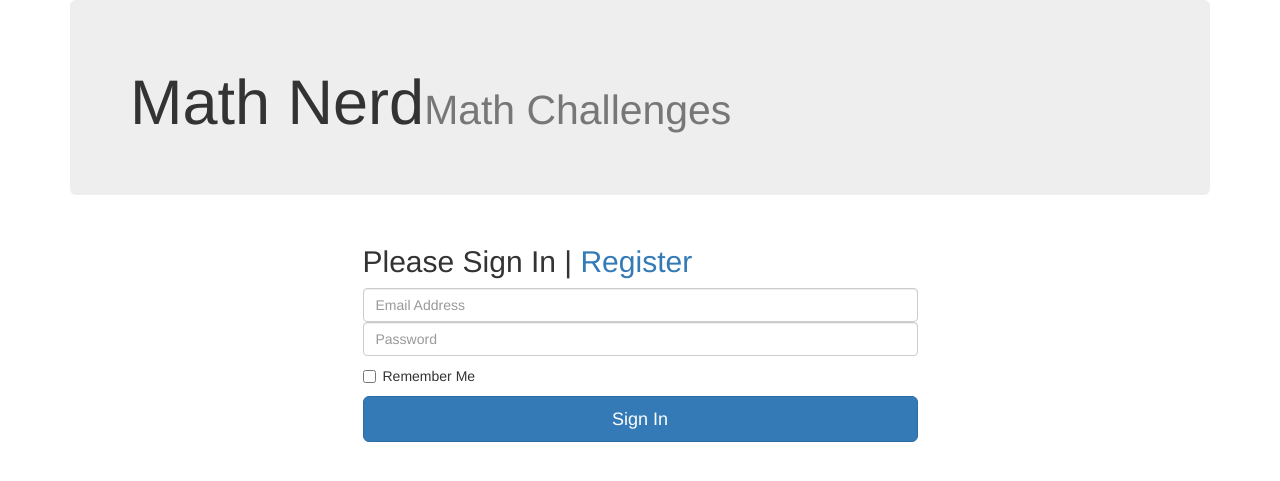
Repository: HeavyTech/acid
Page: http://localhost/MathNerd/Login
These files come from the project's save history. The page is drawn as it stood at one moment and after the next save; the edit follows.
The browser window is 1280 px wide. The pictures show the whole page.
The page is served by Tomcat 9. Other server files are loaded and not shown.

Above is the page before, as saved 2015-12-29 05:13:24.

### workspace/MathNerd/WebContent/WEB-INF/Login.jsp
<%@ page language="java" contentType="text/html; charset=ISO-8859-1" pageEncoding="ISO-8859-1"%>
<%@ taglib prefix="c" uri="http://java.sun.com/jsp/jstl/core" %>

<!DOCTYPE html PUBLIC "-//W3C//DTD HTML 4.01 Transitional//EN" "http://www.w3.org/TR/html4/loose.dtd">
<html>
<head>
	<meta http-equiv="Content-Type" content="text/html; charset=ISO-8859-1">
	<title>Login MathNerd</title>
	<link rel="stylesheet" href="https://maxcdn.bootstrapcdn.com/bootstrap/3.3.5/css/bootstrap.min.css">
</head>
<body>
	<div class="container">
		<div class="jumbotron">
			<h1>Math Nerd<small>Math Challenges</small></h1>
		</div>
		<div class="row">
			<div class="col-sm-offset-3 col-sm-6">
				<c:if test="${!empty loginError}">
					<p class="text-danger text-center" >
						Invalid Username and/or Password
					</p>
				</c:if>

				<form action="Login" class="form-signin" method="post">
					<h2 class="form-signin-heading">
						Please Sign In | <a href="http://localhost:8080/MathNerd/Register">Register</a>
					</h2>
					<label for="email" class="sr-only">Email Address</label>
					<input type="email" name="email" id="email" class="form-control" placeholder="Email Address"/>
					<label for="password" class="sr-only">Password</label>
					<input type="password" name="password" id="password" class="form-control" placeholder="Password"/>
					<div class="checkbox">
						<label><input type="checkbox" name="remember" value="yes"/>Remember Me</label>
					</div>
					<button class="btn btn-lg btn-primary btn-block" type="submit">Sign In</button>
				</form>
			</div>
		</div>
	</div>
</body>
</html>

### workspace/MathNerd/src/Login.java


import java.io.IOException;
import java.util.ArrayList;

import javax.servlet.ServletConfig;
import javax.servlet.ServletException;
import javax.servlet.annotation.WebServlet;
import javax.servlet.http.HttpServlet;
import javax.servlet.http.HttpServletRequest;
import javax.servlet.http.HttpServletResponse;
import javax.servlet.http.HttpSession;

@WebServlet("/Login")
public class Login extends HttpServlet {
	private static final long serialVersionUID = 1L;

	 public Login() {
	    	super();
	    }

	    public void init() throws ServletException {
			super.init();

			if (this.getServletContext().getAttribute("users") == null) {
				ArrayList<User> users = new ArrayList<User>();

				users.add(new User(1, "John", "Doe", "john@doe.com", "1!"));
				users.add(new User(2, "Mary", "Jane", "mary@jane.com", "2@"));

				this.getServletContext().setAttribute("users", users);
			}
		}

	protected void doGet(HttpServletRequest request, HttpServletResponse response) throws ServletException, IOException {
		HttpSession session = request.getSession();
		User currentUser = (User)session.getAttribute("CurrentUser");


		if (currentUser != null) {
			request.setAttribute("user", currentUser);

		}

		request.getRequestDispatcher("/WEB-INF/Login.jsp").forward(request, response);
	}

	protected void doPost(HttpServletRequest request, HttpServletResponse response) throws ServletException, IOException {
		doGet(request, response);
	}
}

### workspace/MathNerd/src/User.java

public class User {
	private int id;
	private String lastName;
	private String firstName;
	private String email;
	private String password;

	public User() {

	}

	public User(int id, String firstName, String lastName, String email, String password) {
		this.id = id;
		this.firstName = firstName;
		this.lastName = lastName;
		this.email = email;
		this.password = password;
	}
	public User(String firstName, String lastName, String email, String password) {
		this.firstName = firstName;
		this.lastName = lastName;
		this.email = email;
		this.password = password;
	}

	public int getId() {
		return id;
	}

	public void setId(int id) {
		this.id = id;
	}

	public String getLastName() {
		return lastName;
	}

	public void setLastName(String lastName) {
		this.lastName = lastName;
	}

	public String getFirstName() {
		return firstName;
	}

	public void setFirstName(String firstName) {
		this.firstName = firstName;
	}

	public String getEmail() {
		return email;
	}

	public void setEmail(String email) {
		this.email = email;
	}

	public String getPassword() {
		return password;
	}

	public void setPassword(String password) {
		this.password = password;
	}




}

After the next save:
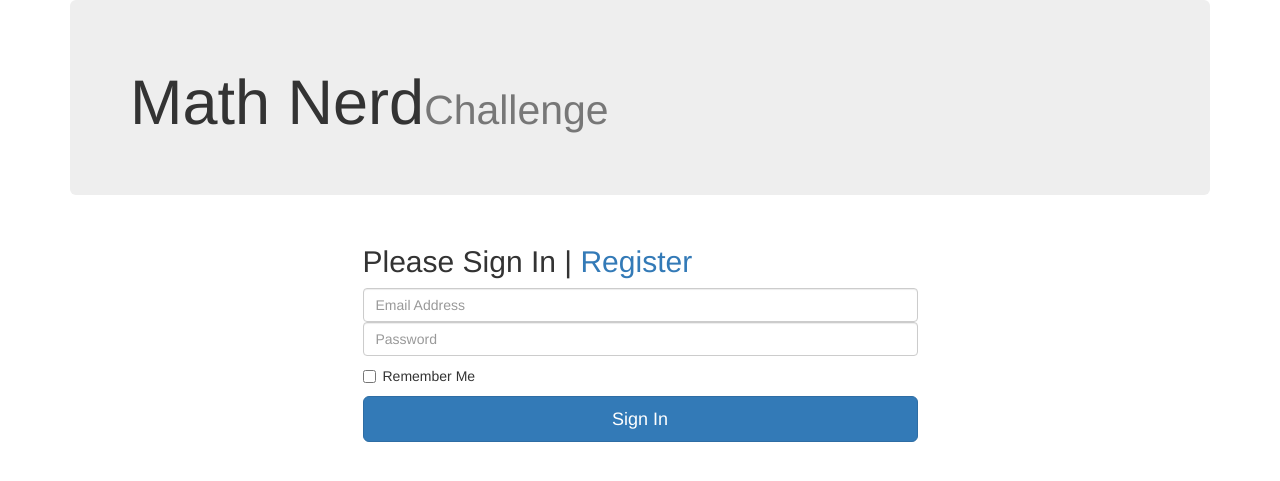
Saved 26 s later.
--- a/workspace/MathNerd/WebContent/WEB-INF/Login.jsp
+++ b/workspace/MathNerd/WebContent/WEB-INF/Login.jsp
@@ -11,7 +11,7 @@
 <body>
 	<div class="container">
 		<div class="jumbotron">
-			<h1>Math Nerd<small>Math Challenges</small></h1>
+			<h1>Math Nerd<small>Challenge</small></h1>
 		</div>
 		<div class="row">
 			<div class="col-sm-offset-3 col-sm-6">
